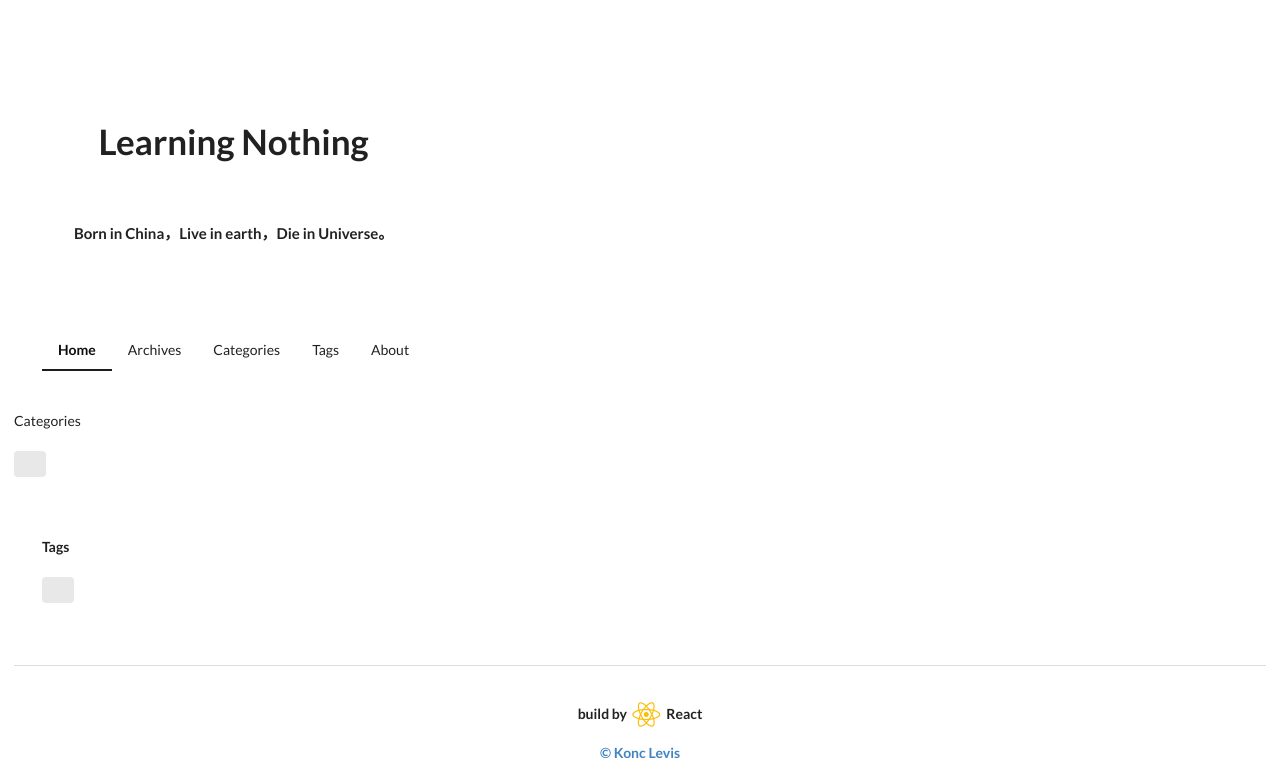
Repository: chu4j/my-spring-cloud-blog-frontend
Page: /
The author's editor kept a copy of each file at every save. The page is drawn from the files as they stood at one save, then again after the next save.
The browser window is 1280 px wide. The pictures show the whole page.
The page's requests for data from a server got no answer. The project was rebuilt for these pictures with package versions that can differ from the ones it lists, and the page was loaded fresh each time. No one was signed in, and anything a server would have sent is missing. Also part of the build but not shown: src/components/Categories.jsx, src/components/FocusContent.jsx, src/css/App.css, src/components/owner/LoginForm.jsx, src/components/Tags.jsx, src/components/Timeline.jsx, src/components/TimelineHome.jsx.

Above is the page before, as saved 2021-02-24 11:15:49.

### src/index.js
import React from 'react';
import ReactDOM from 'react-dom';
import { BrowserRouter } from 'react-router-dom';
import 'semantic-ui-css/semantic.min.css';
import './css/index.css';
import BlogRouter from './router/Router';
import  'github-markdown-css';
ReactDOM.render(<
    BrowserRouter forceRefresh={true} >
    <BlogRouter />
</BrowserRouter>,
    document.getElementById('root')
);

### src/css/index.css
body {
  margin: 1em;
  -webkit-font-smoothing: antialiased;
  -moz-osx-font-smoothing: grayscale;
}

code {
  font-family: source-code-pro, Menlo, Monaco, Consolas, "Courier New",
    monospace;
}

.post-container {
  padding: 2px;
  border-radius: 0.5em;
}

.post-title {

}

.post-title:hover {

}

.blog-header {
  background-color: yellow;
}
/*animate*/

.posts-appear {
  opacity: 0;
}

.posts-enter {
  opacity: 1;
  transform: scale(0.95);
}

.posts-enter-active {
  opacity: 1;
  transform: translateX(0);
  transition: opacity 300ms, transform 200ms;
}

.posts-exit {
  opacity: 1;
  transform: scale(0.9);
}

.posts-exit-active {
  opacity: 0;
  transform: translateX(0);
  transition: opacity 300ms, transform 200ms;
}

.post-container pre code {
  color: rgb(151, 155, 95);
}

### src/router/Router.jsx
import { Route, Switch } from "react-router-dom";
import Categories from "../components/Categories";
import FocusPostComponent from "../components/FocusContent";
import Home from "../components/Home";
import LoginForm from "../components/owner/LoginForm";
import Tags from "../components/Tags";
import MyTimeline from "../components/Timeline";
import TimelineHome from "../components/TimelineHome";
export default function BlogRouter() {
  return (
    <Switch>
      <Route path="/" exact>
        <Home />
      </Route>
      <Route path="/owner/login" exact>
        <LoginForm />
      </Route>
      <Route path="/category/:name" exact>
        <Home />
      </Route>
      <Route path="/tag/:name" exact>
        <Home />
      </Route>
      <Route path="/posts/page/:pageNumber">
        <Home />
      </Route>
      <Route path="/category/:name/page/:pageNumber">
        <Home />
      </Route>
      <Route path="/tag/:name/page/:pageNumber">
        <Home />
      </Route>
      <Route path="/post/:postId" exact>
        <FocusPostComponent />
      </Route>
      <Route path="/categories" exact>
        <Categories />
      </Route>
      <Route path="/tags" exact>
        <Tags />
      </Route>
      <Route path="/posts/timeline" exact>
        <TimelineHome />
      </Route>
      <Route path="/posts/timeline/page/:pageNumber" exact>
        <TimelineHome />
      </Route>
    </Switch>
  );
}

### src/components/Home.jsx
import { React, useEffect, useState } from "react";
import { useParams, useRouteMatch } from "react-router-dom";
import "../css/App.css";
import { ServerHost } from "./AppConfig";
import BlogLayout from "./BlogLayout";
import CategoryComponent from "./CategoryComponent";
import ContentComponent from "./Content";
import TagComponent from "./TagComponent";
async function getArchive(path) {
  const axios = require("axios").default;
  if (null == path) {
    return axios.get(ServerHost + "/v1/api/archive").then((res) => res.data);
  } else {
    return axios.get(path).then((res) => res.data);
  }
}
function countPath(router, name, pageNumber) {
  let requestUrl = "";
  let pagePrefix = "";
  const path = router.path;
  switch (path) {
    case "/":
      requestUrl = ServerHost + "/v1/api/archive";
      pagePrefix = "/posts/page/";
      break;
    case "/category/:name":
      requestUrl = ServerHost + "/v1/api/category/" + name;
      pagePrefix = "/category/" + name + "/page/";
      break;
    case "/category/:name/page/:pageNumber":
      requestUrl =
        ServerHost + "/v1/api/category/" + name + "?page=" + pageNumber;
      pagePrefix = "/category/" + name + "/page/";
      break;
    case "/tag/:name":
      requestUrl = ServerHost + "/v1/api/tag/" + name;
      pagePrefix = "/tag/" + name + "/page/";
      break;
    case "/tag/:name/page/:pageNumber":
      requestUrl = ServerHost + "/v1/api/tag/" + name + "?page=" + pageNumber;
      pagePrefix = "/tag/" + name + "/page/";
      break;
    case "/posts/page/:pageNumber":
      requestUrl = ServerHost + "/v1/api/archive?page=" + pageNumber;
      pagePrefix = "/posts/page/";
      break;
    default:
      break;
  }
  return { requestUrl, pagePrefix };
}
export default function Home() {
  let { name, pageNumber } = useParams();
  const router = useRouteMatch();
  console.log("router:" + JSON.stringify(router) + " type:" + typeof router);
  const params = countPath(router, name, pageNumber);
  console.log("returnPath:" + params.requestUrl);
  let activePage = 1;
  if (null != pageNumber && undefined != pageNumber) activePage = pageNumber;
  const [response, setData] = useState({});
  useEffect(() => {
    getArchive(params.requestUrl).then((res) => {
      setData(res);
    });
  }, []);
  return (
    <BlogLayout
      CategoryComponent={<CategoryComponent />}
      TagComponent={<TagComponent />}
      ContentComponent={
        <ContentComponent
          response={response}
          activePage={activePage}
          pagePrefix={params.pagePrefix}
        />
      }
      style={{ margin: 0, padding: 0 }}
    />
  );
}

### src/components/BlogLayout.jsx
import { Grid } from "semantic-ui-react";
import "../css/index.css";
import Header from "./BlogHeader";
import DivRow from "./Common";
import Footer from "./Footer";
export default function BlogLayout(props) {
  return (
    <div className="customBackground">
      <Grid stackable>
        <Grid.Row columns={1}>
          <Header />
        </Grid.Row>
        <Grid.Row>
          {props.CategoryComponent && props.TagComponent && (
            <Grid.Column width={3}>
              {props.CategoryComponent}
              <DivRow />
              <DivRow />
              <DivRow />
              {props.TagComponent}
            </Grid.Column>
          )}
          {props.CategoryComponent &&
          props.TagComponent &&
          props.ContentComponent ? (
            <Grid.Column width={12}>{props.ContentComponent}</Grid.Column>
          ) : (
            <Grid.Column width={16}>{props.ContentComponent}</Grid.Column>
          )}
        </Grid.Row>
        <Grid.Row columns={1}>
          <Grid.Column>
            <Footer />
          </Grid.Column>
        </Grid.Row>
      </Grid>
    </div>
  );
}

### src/components/CategoryComponent.jsx
import React, { Component } from "react";
import { Label } from "semantic-ui-react";
import { ServerHost } from "./AppConfig";
import DivRow from "./Common";
class CategoryComponent extends Component {
  state = {
    data: [{}],
  };
  componentDidMount() {
    const axois = require("axios").default;
    axois
      .get(ServerHost + "/v1/api/category/statistics/count")
      .then((res) => {
        const data = res.data;
        this.setState({ data: data });
      })
      .catch((error) => {
        console.log(error);
      });
    console.log("category card render");
  }
  render() {
    return (
      <>
        <span>Categories</span>
        <DivRow />
        <div>
          {this.state.data.map((e, index) => (
            <Label as="a" key={index} href={"/category/" + e.value}>
              {e.value}
              <Label.Detail color="olive">{e.count}</Label.Detail>
            </Label>
          ))}
        </div>
      </>
    );
  }
}
export default CategoryComponent;

### src/components/AppConfig.jsx
export const ServerHost = "http://localhost:9000";

### src/components/Content.jsx
import { React, useEffect, useState } from "react";
import { useHistory, withRouter } from "react-router-dom";
import { CSSTransition } from "react-transition-group";
import { Container, Grid, Header, Icon, Pagination } from "semantic-ui-react";
import DivRow from "./Common";

function ContentComponent(props) {
  const hljs = require("highlight.js");
  const [showComponent, setShowComponent] = useState(false);
  console.log("state : " + showComponent);
  useEffect(() => {
    let time = setTimeout(() => setShowComponent(true), 100);
    hljs.highlightAll();
    return () => {
      clearTimeout(time);
    };
  }, []);
  const history = useHistory();
  const handlePaginationClick = (e, { activePage }) => {
    const url = props.pagePrefix + activePage;
    history.push(url);
  };
  return (
    <>
      <CSSTransition
        in={showComponent}
        classNames="posts"
        timeout={200}
        unmountOnExit
      >
        <Container fluid style={{ padding: "4em" }}>
          {props.response.list &&
            props.response.list.map((a, index) => (
              <div
                className="post-container"
                style={index > 0 ? { marginTop: "3em" } : {}}
              >
                <Header as="h1" textAlign="center">
                  <a href={"/post/" + a.serialNumber} className="post-title">
                    {a.title}
                  </a>
                </Header>
                {
                  <div
                    className="markdown-body"
                    dangerouslySetInnerHTML={{ __html: a.content }}
                  ></div>
                }

                <DivRow />
                {a.category && a.tag && (
                  <>
                    <Container fluid>
                      <Grid>
                        <Grid.Row>
                          <Grid.Column width={5}>
                            {a.category.map((c, index) => (
                              <>
                                {" "}
                                <div key={index}>
                                  <span>
                                    <Icon name="linkify" color="blue" />
                                    <a
                                      href={"/category/" + c.category}
                                      style={{ fontWeight: "900" }}
                                    >
                                      {c.category}
                                    </a>
                                  </span>
                                </div>
                              </>
                            ))}
                          </Grid.Column>

                          <Grid.Column width={11}>
                            {a.tag.map((t, index) => (
                              <>
                                {" "}
                                <span key={index}>
                                  <Icon name="hashtag" color="yellow" />
                                  <a
                                    href={"/tag/" + t.tag}
                                    style={{ fontWeight: "900" }}
                                  >
                                    {t.tag}
                                  </a>
                                </span>
                              </>
                            ))}
                          </Grid.Column>
                        </Grid.Row>
                      </Grid>
                    </Container>
                  </>
                )}
                <DivRow />
                <DivRow />
              </div>
            ))}
          {props.response.totalPage > 1 && props.activePage && (
            <Container fluid textAlign="center" style={{ marginTop: "2em" }}>
              <Pagination
                totalPages={props.response.totalPage}
                firstItem={null}
                lastItem={null}
                pointing
                secondary
                activePage={props.activePage}
                onPageChange={handlePaginationClick}
              />
            </Container>
          )}
          {props.focus && props.response.list && (
            <div style={{ marginTop: "1em" }}>
              <Grid stackable>
                <Grid.Row>
                  <Grid.Column width={8}>
                    {props.response.list.map((e, index) => (
                      <>
                        {e.previous && (
                          <a
                            key={index}
                            href={"/post/" + e.previous.serialNumber}
                            style={{ fontWeight: "900" }}
                          >
                            <Icon name="angle left" size="big"></Icon>
                            &nbsp;&nbsp;{e.previous.title}
                          </a>
                        )}
                      </>
                    ))}
                  </Grid.Column>
                  <Grid.Column width={8} textAlign="right">
                    {props.response.list.map((e, index) => (
                      <>
                        {e.next && (
                          <a
                            key={index}
                            href={"/post/" + e.next.serialNumber}
                            style={{ fontWeight: "900" }}
                          >
                            {e.next.title}&nbsp;&nbsp;
                            <Icon name="angle right" size="big"></Icon>
                          </a>
                        )}
                      </>
                    ))}
                  </Grid.Column>
                </Grid.Row>
              </Grid>
            </div>
          )}
        </Container>
      </CSSTransition>
    </>
  );
}
export default withRouter(ContentComponent);

### src/components/TagComponent.jsx
import React, { Component } from 'react'
import {
    Container, Label, LabelGroup
} from 'semantic-ui-react'
import { ServerHost } from './AppConfig'
import DivRow from './Common'
class TagComponent extends Component {
    state = {
        data: [{}]
    }
    componentDidMount() {
        const axois = require('axios').default
        axois.get(ServerHost + "/v1/api/tag/statistics/count")
            .then(
                res => {
                    const data = res.data
                    this.setState({ data: data })
                }
            )
            .catch(
                error => {
                    console.error(error)
                }
            )
    }
    renderWords = (tag, size, color) => {
        return (
            <a key={tag.value}
                style={
                    {
                        fontSize: `${size / 4.5}em`,
                        display: 'inline-block',
                        color: color,
                        fontWeight: '700',
                    }

                }
                href={"/tag/" + tag.value}
                className="tagsWord" title={tag.count > 1 ? tag.count + " posts" : tag.count + " post"}> { tag.value} </a>
        )
    }

    // render() {
    //     return (<Container fluid textAlign="justified" >
    //         <span style={{ fontWeight: '900' }}>Tags</span>
    //         <DivRow />
    //         <TagCloud tags={this.state.data}
    //             minSize={4}
    //             maxSize={9}
    //             renderer={this.renderWords}
    //         />
    //     </Container>
    //     )
    // }
    render() {
        return (<Container fluid textAlign="justified" >
            <span style={{ fontWeight: '900' }}>Tags</span>
            <DivRow />
            <LabelGroup>
                {

                    this.state.data.map((e, index) =>
                        <Label as="a" key={index} href={"/tag/" + e.value}>
                            {e.value}
                            <Label.Detail color="olive">{e.count}</Label.Detail>
                        </Label>
                    )

                }
            </LabelGroup>
        </Container>
        )
    }

}
export default TagComponent

### src/components/Common.jsx
export default function DivRow() {
  return <div>&nbsp;</div>;
}

### src/components/BlogHeader.jsx
import React, { Component } from "react";
import { Header, Menu, Visibility } from "semantic-ui-react";
import "../css/main.css";
const style = {
  h1: {
    marginTop: "3em",
    fontWeight: "900",
    fontSize: "2.5em",
  },
  h3: {
    marginTop: "2em",
    padding: "2em 0em",
  },
};
const menuStyle = {
  border: "none",
  borderRadius: 0,
  boxShadow: "none",
  marginBottom: "1em",
  marginTop: "4em",
  transition: "box-shadow 0.5s ease, padding 0.5s ease",
};

const fixedMenuStyle = {
  backgroundColor: "#fff",
  border: "1px solid #ddd",
  boxShadow: "0px 3px 5px rgba(0, 0, 0, 0.2)",
};

const overlayStyle = {
  float: "left",
  margin: "0em 3em 1em 0em",
};

const fixedOverlayStyle = {
  ...overlayStyle,
  position: "fixed",
  top: "80px",
  zIndex: 10,
};

const overlayMenuStyle = {
  position: "relative",
  left: 0,
  transition: "left 0.5s ease",
};

const fixedOverlayMenuStyle = {
  ...overlayMenuStyle,
  left: "800px",
};

class BlogHeader extends Component {
  state = {
    activeItem: "home",
    menuFixed: false,
    overlayFixed: false,
  };
  stickOverlay = () => this.setState({ overlayFixed: true });

  stickTopMenu = () => this.setState({ menuFixed: true });

  unStickOverlay = () => this.setState({ overlayFixed: false });

  unStickTopMenu = () => this.setState({ menuFixed: false });

  handleItemClick = (e, { name }) => this.setState({ activeItem: name });
  render() {
    const { activeItem, menuFixed, overlayFixed, overlayRect } = this.state;
    return (
      <div style={{ paddingLeft: "3em" }}>
        <Header
          as="h1"
          content="Learning Nothing"
          style={style.h1}
          textAlign="center"
        />
        <Header
          as="h4"
          content="Born in China，Live in earth，Die in Universe。"
          style={style.h3}
          textAlign="center"
        />
        <Visibility
          onBottomPassed={this.stickTopMenu}
          onBottomVisible={this.unStickTopMenu}
          once={false}
        />
        <Menu
          borderless
          fixed={menuFixed ? "top" : undefined}
          style={menuFixed ? fixedMenuStyle : menuStyle}
          pointing
          secondary
          className="blog-header"
        >
          <Menu.Item
            as="a"
            name="home"
            active={activeItem === "home"}
            onClick={this.handleItemClick}
            position="right"
            link
            href="/"
          ></Menu.Item>
          <Menu.Item
            as="a"
            name="archives"
            active={activeItem === "archives"}
            onClick={this.handleItemClick}
            link
            href="/posts/timeline"
          />
          <Menu.Item
            as="a"
            name="categories"
            active={activeItem === "categories"}
            onClick={this.handleItemClick}
            link
            href="/categories"
          />
          <Menu.Item
            name="tags"
            active={activeItem === "tags"}
            onClick={this.handleItemClick}
            as="a"
            href="/tags"
          />
          <Menu.Item
            name="about"
            active={activeItem === "about"}
            onClick={this.handleItemClick}
          />
        </Menu>
        <Visibility
          offset={80}
          once={false}
          onTopPassed={this.stickOverlay}
          onTopVisible={this.unStickOverlay}
          style={overlayFixed ? { ...overlayStyle, ...overlayRect } : {}}
        />
      </div>
    );
  }
}

export default BlogHeader;

### src/components/Footer.jsx
import { Component, React } from "react";
import { Divider, Icon } from "semantic-ui-react";
import DivRow from "./Common";

class Footer extends Component {
  render() {
    return (
      <div style={{ marginTop: "2em", textAlign: "center" }}>
        <Divider />
        <DivRow />
        <p style={{ fontWeight: "900" }}>
          build by <Icon name="react" color="yellow" size="big" />
          <b>React</b>
        </p>

        <a href="https://www.github.com/konchoo">
          <b>&copy;&nbsp;Konc Levis</b>
        </a>
      </div>
    );
  }
}
export default Footer;

### src/css/main.css
.container {
  background-color: white;
  padding: 0em 2em 0em 2em;
}

Loaded but not shown: public/index.html (common file)

After the next save:
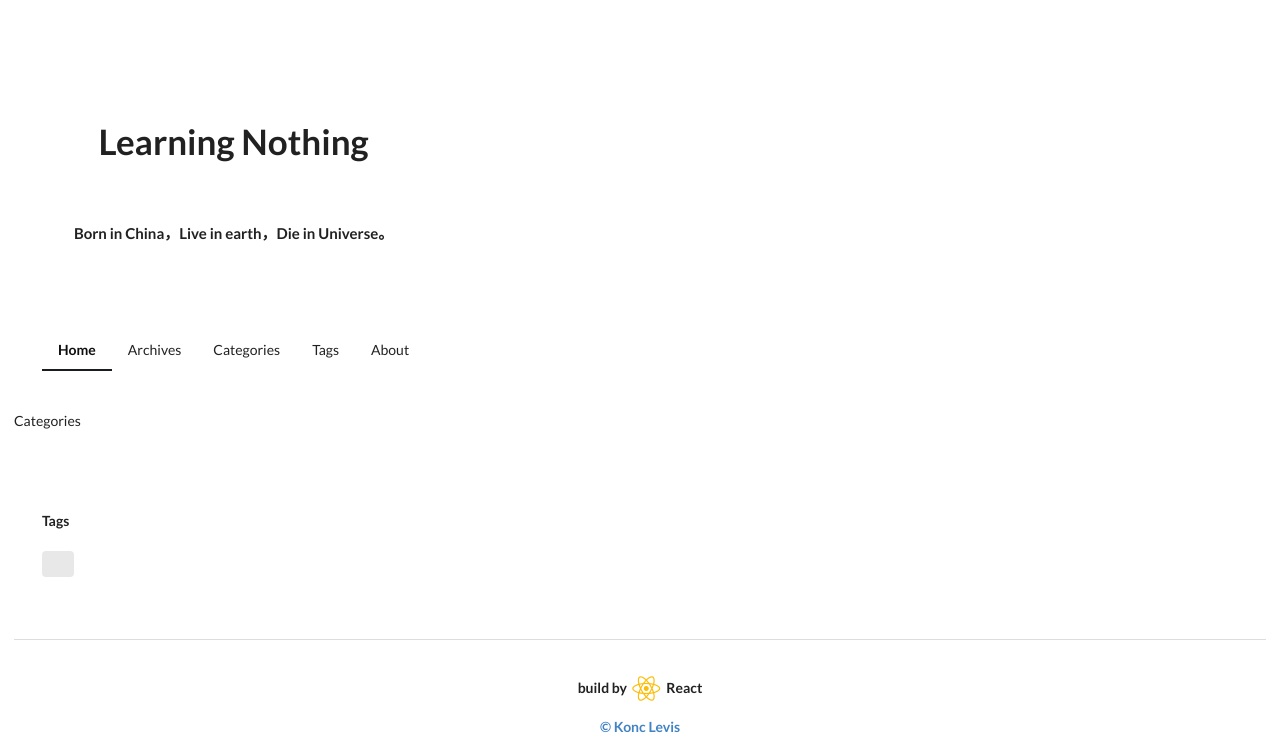
Saved 32 s later.
--- a/src/components/CategoryComponent.jsx
+++ b/src/components/CategoryComponent.jsx
@@ -1,5 +1,4 @@
 import React, { Component } from "react";
-import { Label } from "semantic-ui-react";
 import { ServerHost } from "./AppConfig";
 import DivRow from "./Common";
 class CategoryComponent extends Component {
@@ -26,10 +25,10 @@ class CategoryComponent extends Component {
         <DivRow />
         <div>
           {this.state.data.map((e, index) => (
-            <Label as="a" key={index} href={"/category/" + e.value}>
+            <a key={index} href={"/category/" + e.value}>
               {e.value}
-              <Label.Detail color="olive">{e.count}</Label.Detail>
-            </Label>
+              {e.count}
+            </a>
           ))}
         </div>
       </>
